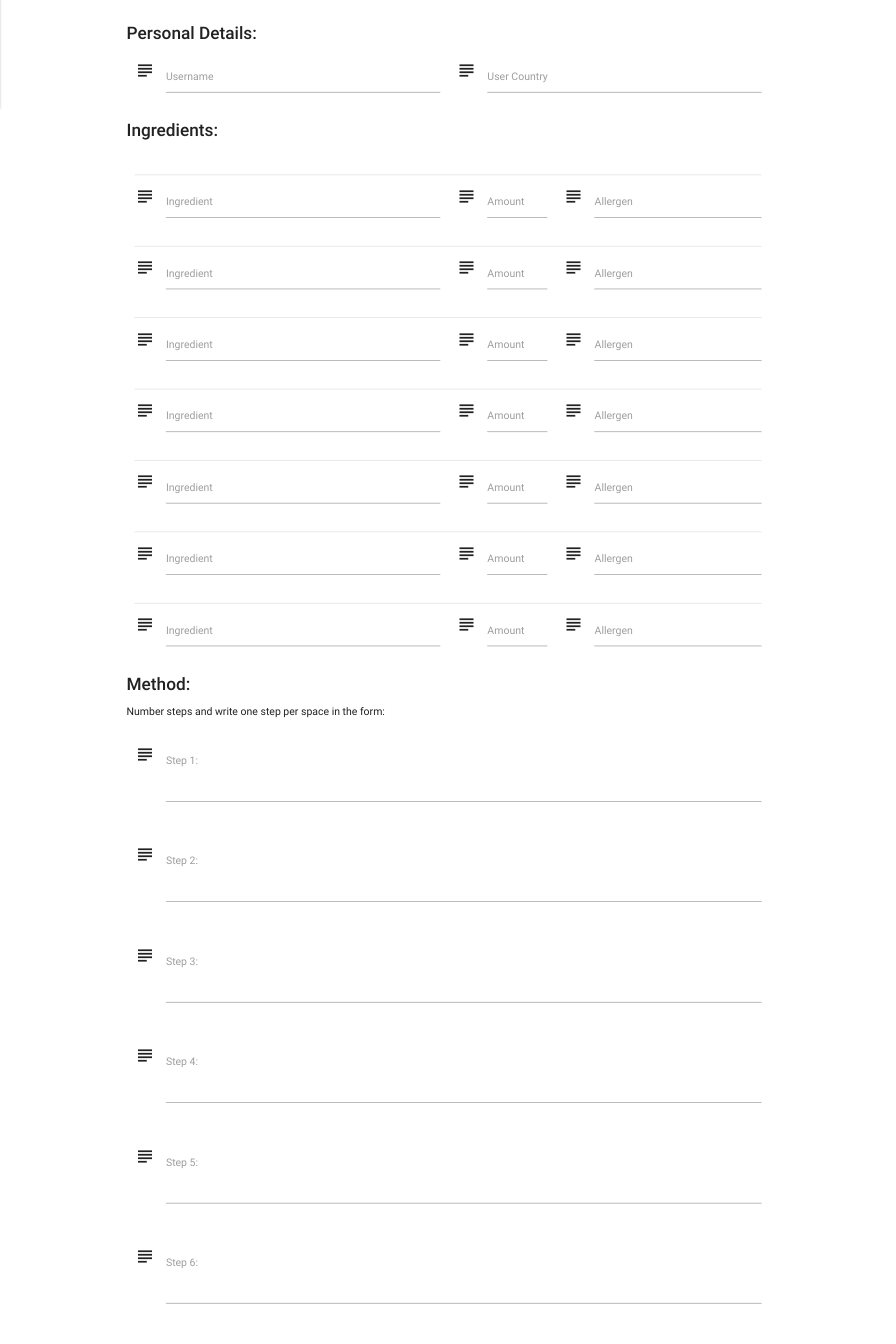
Repository: MarkSheehan72/milestone-project-3
Page: templates/edit_recipe.html
The author's editor kept a record of every edit. The page is drawn from the files as they stood at one moment, then again after the next edit.
The browser window is 1280 px wide. The pictures show the part of the page from y = 625 to 2545 px (the page is 2955 px tall before and 2546 px after), at 70% of full size.
Some web libraries are served in a nearby version. The page is served by the project's application, run on Flask 3 (app.py). The template is opened directly, without the code that normally fills it, so the values that code supplies are empty.

Above is the page before.

After the next edit:
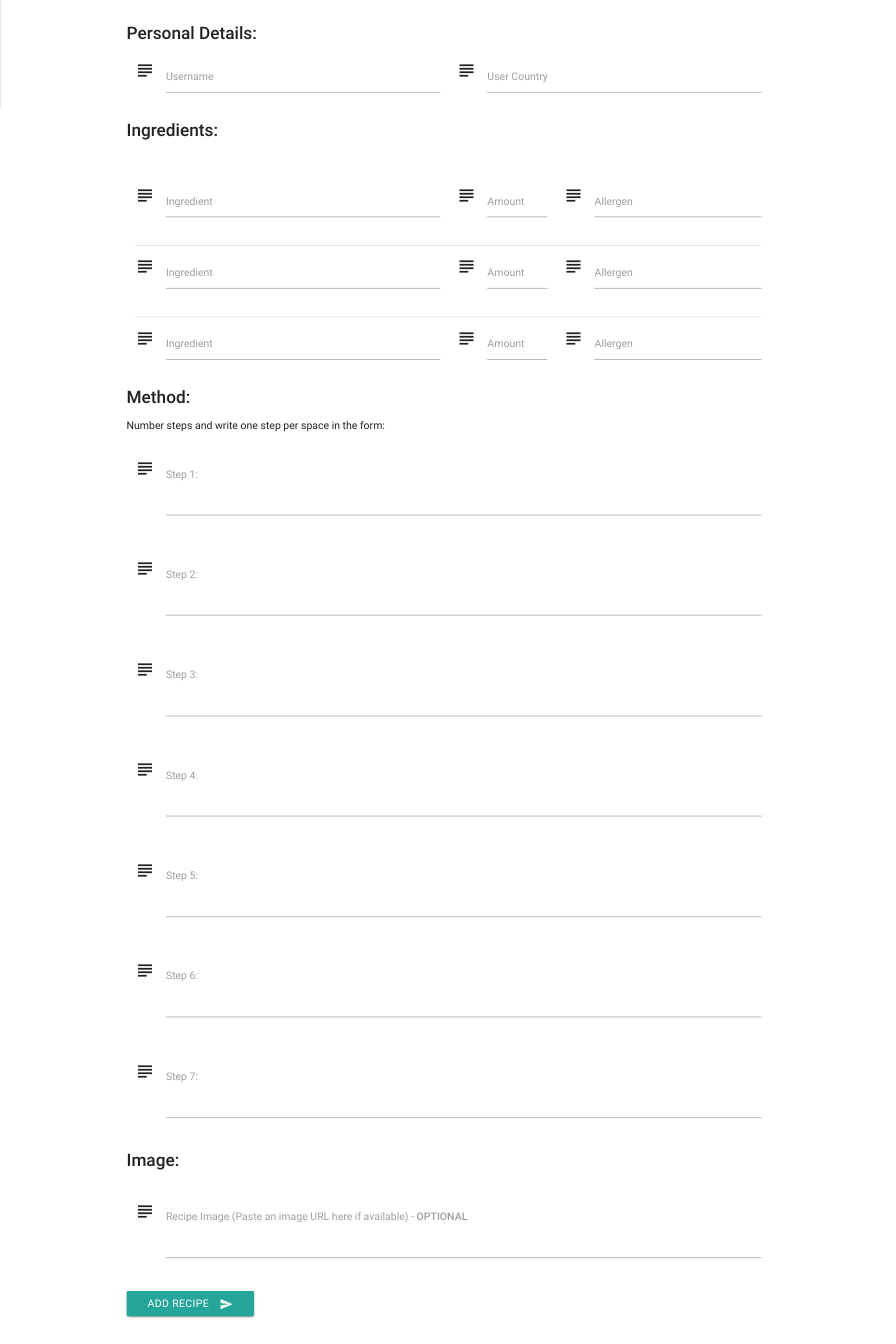
The edit:
--- a/templates/edit_recipe.html
+++ b/templates/edit_recipe.html
@@ -70,79 +70,6 @@
             </div>
             {% endfor %}
         </div>
-        <div class="divider"></div>
-        <div class="row">
-            <div class="input-field col s12 m6">
-                <i class="material-icons prefix">subject</i>
-                <input name="ingredient_name" id="ingredient_name" type="text" class="validate">
-                <label for="icon_telephone">Ingredient</label>
-            </div>
-            <div class="input-field col s6 m2">
-                <i class="material-icons prefix">subject</i>
-                <input name="ingredient_amount" id="ingredient_amount" type="text" class="validate">
-                <label for="icon_telephone">Amount</label>
-            </div>
-            <div class="input-field col s6 m4">
-                <i class="material-icons prefix">subject</i>
-                <input name="ingredient_allergen" id="ingredient_allergen" type="text" class="validate">
-                <label for="icon_telephone">Allergen</label>
-            </div>
-        </div>
-        <div class="divider"></div>
-        <div class="row">
-            <div class="input-field col s12 m6">
-                <i class="material-icons prefix">subject</i>
-                <input name="ingredient_name" id="ingredient_name" type="text" class="validate">
-                <label for="icon_telephone">Ingredient</label>
-            </div>
-            <div class="input-field col s6 m2">
-                <i class="material-icons prefix">subject</i>
-                <input name="ingredient_amount" id="ingredient_amount" type="text" class="validate">
-                <label for="icon_telephone">Amount</label>
-            </div>
-            <div class="input-field col s6 m4">
-                <i class="material-icons prefix">subject</i>
-                <input name="ingredient_allergen" id="ingredient_allergen" type="text" class="validate">
-                <label for="icon_telephone">Allergen</label>
-            </div>
-        </div>
-        <div class="divider"></div>
-        <div class="row">
-            <div class="input-field col s12 m6">
-                <i class="material-icons prefix">subject</i>
-                <input name="ingredient_name" id="ingredient_name" type="text" class="validate">
-                <label for="icon_telephone">Ingredient</label>
-            </div>
-            <div class="input-field col s6 m2">
-                <i class="material-icons prefix">subject</i>
-                <input name="ingredient_amount" id="ingredient_amount" type="text" class="validate">
-                <label for="icon_telephone">Amount</label>
-            </div>
-            <div class="input-field col s6 m4">
-                <i class="material-icons prefix">subject</i>
-                <input name="ingredient_allergen" id="ingredient_allergen" type="text" class="validate">
-                <label for="icon_telephone">Allergen</label>
-            </div>
-        </div>
-        <div class="divider"></div>
-        <div class="row">
-            <div class="input-field col s12 m6">
-                <i class="material-icons prefix">subject</i>
-                <input name="ingredient_name" id="ingredient_name" type="text" class="validate">
-                <label for="icon_telephone">Ingredient</label>
-            </div>
-            <div class="input-field col s6 m2">
-                <i class="material-icons prefix">subject</i>
-                <input name="ingredient_amount" id="ingredient_amount" type="text" class="validate">
-                <label for="icon_telephone">Amount</label>
-            </div>
-            <div class="input-field col s6 m4">
-                <i class="material-icons prefix">subject</i>
-                <input name="ingredient_allergen" id="ingredient_allergen" type="text" class="validate">
-                <label for="icon_telephone">Allergen</label>
-            </div>
-        </div>
-        <div class="divider"></div>
         <div class="row">
             <div class="input-field col s12 m6">
                 <i class="material-icons prefix">subject</i>
